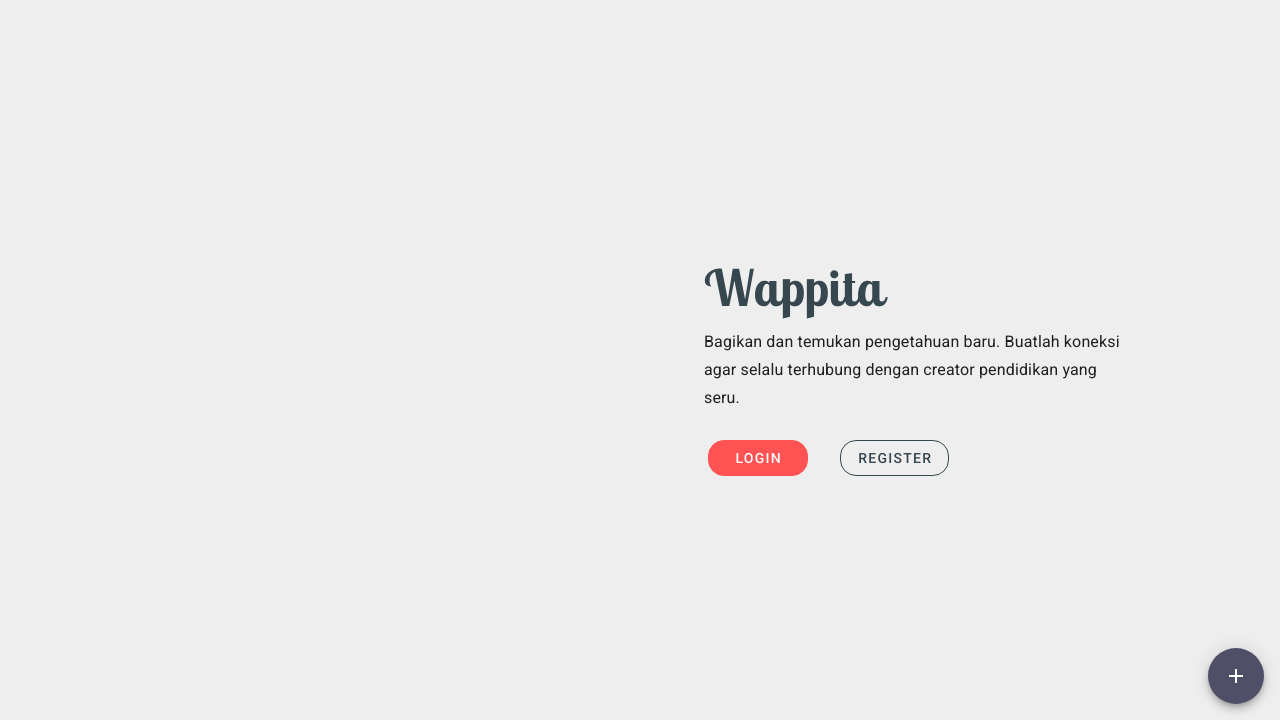
Repository: wildanpurnomo/kulia-fe
Page: /
The author's editor kept a copy of each file at every save. The page is drawn from the files as they stood at one save, then again after a run of saves.
The browser window is 1280 px wide. The pictures show the whole page.
The page's requests for data from a server got no answer. The project was rebuilt for these pictures with package versions that can differ from the ones it lists, and the page was loaded fresh each time. No one was signed in, and anything a server would have sent is missing. Also part of the build but not shown: vue.config.js. Imported but missing from the stored project, and not drawn on this page: src/views/partials/main/MyProfile.vue.

Above is the page before, as saved 2020-11-27 22:51:45.

### src/router/index.js
import Vue from 'vue'
import VueRouter from 'vue-router'
import { landingRouter } from './landing.router'
import { authRouter } from './auth.router'
import { mainRouter } from './main.router'
import { fallbackRouter } from './404.router'

Vue.use(VueRouter)

const routes = [
  landingRouter,
  authRouter,
  mainRouter,
  fallbackRouter
]

const router = new VueRouter({
  mode: 'history',
  base: process.env.BASE_URL,
  routes
})

export default router

### src/store/index.js
import Vue from 'vue'
import Vuex from 'vuex'
import { auth } from './auth.store'
import { content } from './content.store'

Vue.use(Vuex)

export default new Vuex.Store({
  modules: {
    auth,
    content,
  }
})

### src/router/landing.router.js
export const landingRouter = {
    path: '/',
    name: 'Landing',
    component: () => import('@/views/Landing.vue')
}

### src/router/auth.router.js
export const authRouter = {
    path: '',
    component: () => import('@/views/Auth.vue'),
    children: [
        {
            path: '/login',
            name: 'Login',
            component: () => import('@/views/partials/auth/Login.vue')
        },
        {
            path: '/register',
            name: 'Register',
            component: () => import('@/views/partials/auth/Register.vue')
        }
    ]
}

### src/router/main.router.js
export const mainRouter = {
    path: '',
    component: () => import('@/views/Main.vue'),
    children:[
        {
            path: '/home',
            name: 'Home',
            component: () => import('@/views/partials/main/Home.vue')
        },
        {
            path:'/my-content',
            name: 'MyContent',
            component: () => import('@/views/partials/main/MyContent.vue')
        },
        {
            path:'/add-content',
            name: 'AddContent',
            component: () => import('@/views/partials/main/AddContent.vue')
        },
        {
            path:'/edit-content/:contentId',
            name: 'EditContent',
            component: () => import('@/views/partials/main/AddContent.vue')
        },
        {
            path:'/my-profile',
            name: 'MyProfile',
            component: () => import('@/views/partials/main/MyProfile.vue')
        },
        {
            path:'/my-following',
            name: 'MyFollowing',
            component: () => import('@/views/partials/main/MyFollowing.vue')
        }
    ]
}

### src/router/404.router.js
export const fallbackRouter = {
    path: '*',
    name: 'Fallback',
    component: () => import('@/views/404.vue')
}

### src/store/auth.store.js
import AuthService from '@/services/auth.service';
import UserModel from '@/models/user.model';

const initialAuthState = { userData: new UserModel() };

export const auth = {
    namespaced: true,
    state: initialAuthState,
    actions: {
        login({ commit }, userData) {
            return AuthService.login(userData)
                .then(
                    response => {
                        commit('authSuccess', response.data.data);
                        return Promise.resolve(response);
                    },
                    error => {
                        return Promise.reject(error);
                    }
                )
        },
        register({ commit }, userData) {
            return AuthService.register(userData)
                .then(
                    response => {
                        commit('authSuccess', response.data.data);
                        return Promise.resolve(response);
                    },
                    error => {
                        return Promise.reject(error);
                    }
                )
        },
        logout({ commit }) {
            return AuthService.logout()
                .then(
                    response => {
                        commit('logoutSuccess');
                        return Promise.resolve(response);
                    },
                    error => {
                        return Promise.reject(error);
                    }
                );
        },
        authenticate({ commit }) {
            return AuthService.authenticate()
                .then(
                    response => {
                        commit('authSuccess', response.data.data);
                        return Promise.resolve(response);
                    },
                    error => { return Promise.reject(error); }
                )
        },
    },
    mutations: {
        authSuccess(state, userData) {
            state.userData = userData;
        },
        logoutSuccess(state) {
            state.userData = initialAuthState.userData;
        },
    },
    getters: {
        userData: (state) => {
            return state.userData;
        }
    }
}

### src/store/content.store.js
import ContentService from '@/services/content.service';
import ContentModel from '@/models/content.model';

const initialContentState = {
    personalContentList: [],
    detailContent: new ContentModel()
};

export const content = {
    namespaced: true,
    state: initialContentState,
    actions: {
        getContentById({ commit }, contentId) {
            return ContentService.getContentById(contentId)
                .then(
                    response => {
                        commit('updateDetailContent', response.data.data);
                        return Promise.resolve(response);
                    },
                    error => {
                        return Promise.reject(error);
                    }
                )
        },
        getPersonalContent({ commit }) {
            return ContentService.getPersonalContent()
                .then(
                    response => {
                        commit('updatePersonalContentList', response.data.data);
                        return Promise.resolve(response);
                    },
                    error => {
                        return Promise.reject(error);
                    }
                );
        },
        getContentByCreatorId({ commit }, creatorId) {
            return ContentService.getContentByCreatorId(creatorId)
                .then(
                    response => {
                        commit('doNothing');
                        return Promise.resolve(response);
                    },
                    error => {
                        return Promise.reject(error);
                    }
                );
        },
        createContent({ commit }, contentData) {
            return ContentService.createContent(contentData)
                .then(
                    response => {
                        commit('updatePersonalContentList', response.data.data);
                        return Promise.resolve(response);
                    },
                    error => {
                        return Promise.reject(error);
                    }
                );
        },
        editContent({ commit }, contentData) {
            return ContentService.editContent(contentData)
                .then(
                    response => {
                        commit('updatePersonalContentList', response.data.data);
                        return Promise.resolve(response);
                    },
                    error => {
                        return Promise.reject(error);
                    }
                );
        },
        deleteContent({ commit }, contentId) {
            return ContentService.deleteContent(contentId)
                .then(
                    response => {
                        commit('updatePersonalContentList', response.data.data);
                        return Promise.resolve(response);
                    },
                    error => {
                        return Promise.reject(error);
                    }
                );
        },
        resetState({ commit }) {
            commit('resetState');
        }
    },
    mutations: {
        updateDetailContent(state, contentData) {
            state.detailContent = contentData;
        },
        updatePersonalContentList(state, contentList) {
            state.personalContentList = contentList;
        },
        resetState(state) {
            state.personalContentList = [],
            state.detailContent = new ContentModel()
        },
        doNothing() { }
    },
    getters: {
        personalContentList: (state) => {
            return state.personalContentList;
        },
        detailContent: (state) => {
            return state.detailContent;
        }
    }
}

### src/views/Landing.vue
<template>
<v-main class="grey lighten-3">
  <v-container fill-height>
    <v-row align="center">
      <v-col cols="6">
        <v-img src="../assets/image.png"></v-img>
      </v-col>
      <v-spacer></v-spacer>
      <v-col cols="6" class="pa-15">
        <v-card-title class="font blue-grey--text text--darken-3">
          Wappita
        </v-card-title>
        <v-card-text class="pt-2 text-subtitle-1" width="100">
          Bagikan dan temukan pengetahuan baru. Buatlah koneksi agar selalu terhubung dengan creator pendidikan yang seru.
        </v-card-text>
        <v-row class="pl-8 pt-6">
          <div class="mr-8">
            <v-btn
              class="white--text red accent-2 rounded-xl"
              outlined
              :to="{ name: 'Login' }"
              width="100"
            >Login</v-btn>
          </div>
          <div>
            <v-btn
              class="blue-grey--text text--darken-3 rounded-xl"
              outlined
              :to="{ name: 'Register' }"
            >Register</v-btn>
          </div>
        </v-row>
      </v-col>
    </v-row>

   <div><AddContent /></div>
  </v-container>
</v-main>
</template>

<script>
import AddContent from "@/components/AddContent.vue";

export default {
  name: "Landing",
  components: {
    AddContent,
  },

  data: () => ({
    //
  }),
};
</script>
<style>
@import url('https://fonts.googleapis.com/css2?family=Lobster+Two:wght@700&display=swap');
.font{
  font-family: Lobster Two;
  font-size: 50px;
}
</style>

### src/services/auth.service.js
import BaseService from './base.service';

class AuthService extends BaseService {
    constructor() {
        super();
    }

    login(userData) {
        return this.sendAPIRequest('/auth/login', 'POST', userData);
    }

    register(userData) {
        return this.sendAPIRequest('/auth/register', 'POST', userData);
    }

    logout() {
        return this.sendAPIRequest('/auth/logout', 'POST');
    }

    authenticate() {
        return this.sendAPIRequest('/auth/authenticate', 'GET');
    }
}

export default new AuthService();

### src/models/user.model.js
export default class User {
    constructor() {
        this.username = '';
        this.password = '';
        this.passwordConfirmation = '';
        this.email = '';
    }
}

### src/services/content.service.js
import BaseService from './base.service';

class ContentService extends BaseService {
    constructor() {
        super();
    }

    getContentById(contentId) {
        return this.sendAPIRequest(`/content/${contentId}`, 'GET');
    }

    getPersonalContent() {
        return this.sendAPIRequest('/content/personal/me', 'GET');
    }

    getContentByCreatorId(creatorId) {
        return this.sendAPIRequest(`/content/by_creator/${creatorId}`, 'GET');
    }

    createContent(contentData) {
        return this.sendAPIRequest('/content', 'POST', contentData);
    }

    editContent(contentData) {
        return this.sendAPIRequest(`/content/edit/${contentData._id}`, 'PUT', contentData);
    }

    deleteContent(contentId) {
        return this.sendAPIRequest(`/content/delete/${contentId}`, 'DELETE');
    }
}

export default new ContentService();

### src/models/content.model.js
export default class ContentModel {
    constructor(title = '', description = '') {
        this.title = title;
        this.description = description;
    }
}

### src/components/AddContent.vue
<template>
<v-container>
  <v-fab-transition>
    <v-btn
      fab
      medium
      dark
      bottom
      right
      fixed
      :color="colorTheme"
      :to="{ name: 'Login' }"
    >
      <v-icon>mdi-plus</v-icon>
    </v-btn>
  </v-fab-transition>
</v-container>
</template>

<script>

export default {
    name: "Content",
    data: () => ({
       colorTheme: "#4F4F68"
    })
}
</script>

### src/services/base.service.js
import axios from 'axios';

export default class BaseService {
    constructor() {
        this.baseUrl = process.env.VUE_APP_API_BASE_URL;
        //this.baseUrl = 'http://localhost:3000/api';
    }

    sendAPIRequest(endpoint, method = 'GET', requestBody = null) {
        requestBody = requestBody === null ? {} : requestBody;
        let result;
        if (method === 'GET') {
            result = axios.get(`${this.baseUrl}${endpoint}`, { params: requestBody });
        } else if (method === 'POST') {
            result = axios.post(`${this.baseUrl}${endpoint}`, requestBody);
        } else if (method === 'PUT') {
            result = axios.put(`${this.baseUrl}${endpoint}`, requestBody);
        } else if (method === 'DELETE') {
            result = axios.delete(`${this.baseUrl}${endpoint}`, requestBody);
        }
        return result
            .then(
                response => {
                    this.logResponseIfDebug(endpoint, response.data);
                    return response;
                }
            );
    }

    logResponseIfDebug(endpoint, responseData) {
        if (process.env.NODE_ENV === 'development') {
            console.log(`Response from ${endpoint}`, responseData);
        }
    }
}

Loaded but not shown: public/index.html (common file); src/main.js (common file); src/App.vue (common file); src/registerServiceWorker.js (common file); src/plugins/vuetify.js (common file)

After the next 2 saves:
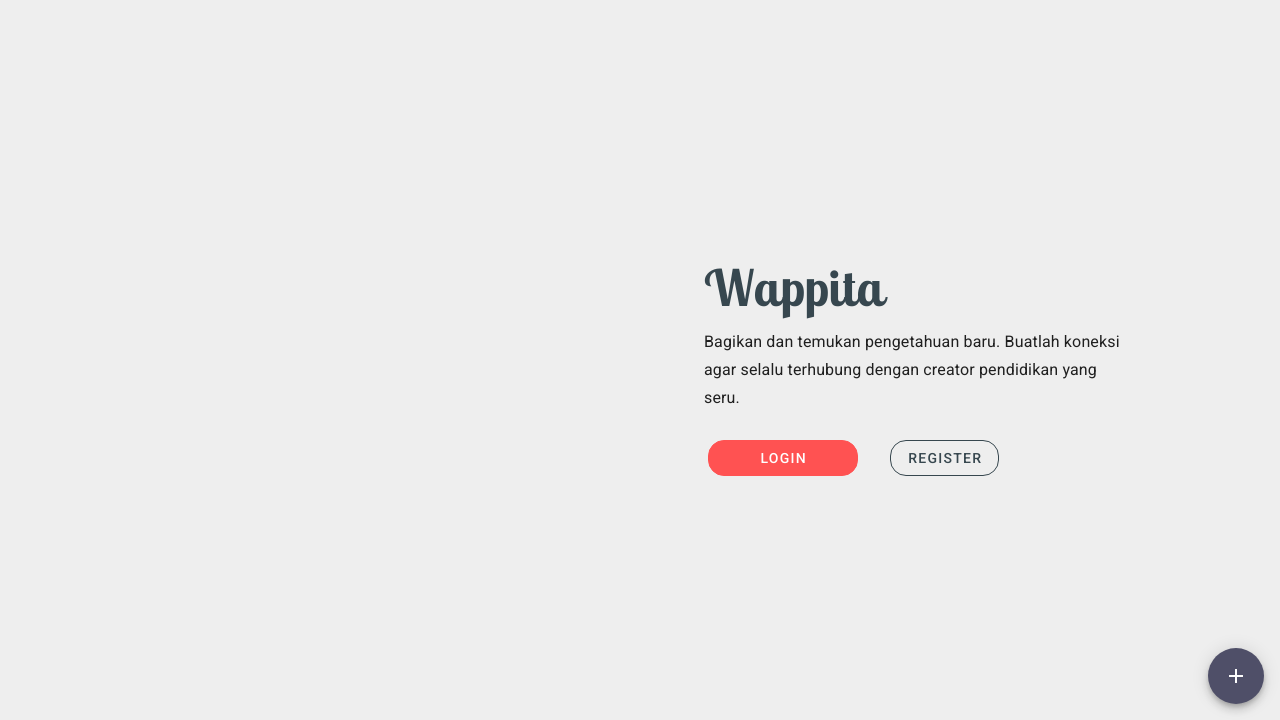
The 2 saves are shown as one change because they came seconds apart.
The last was saved 36 s later.
--- a/src/views/Landing.vue
+++ b/src/views/Landing.vue
@@ -19,7 +19,7 @@
               class="white--text red accent-2 rounded-xl"
               outlined
               :to="{ name: 'Login' }"
-              width="100"
+              width="150"
             >Login</v-btn>
           </div>
           <div>

After the save that followed:
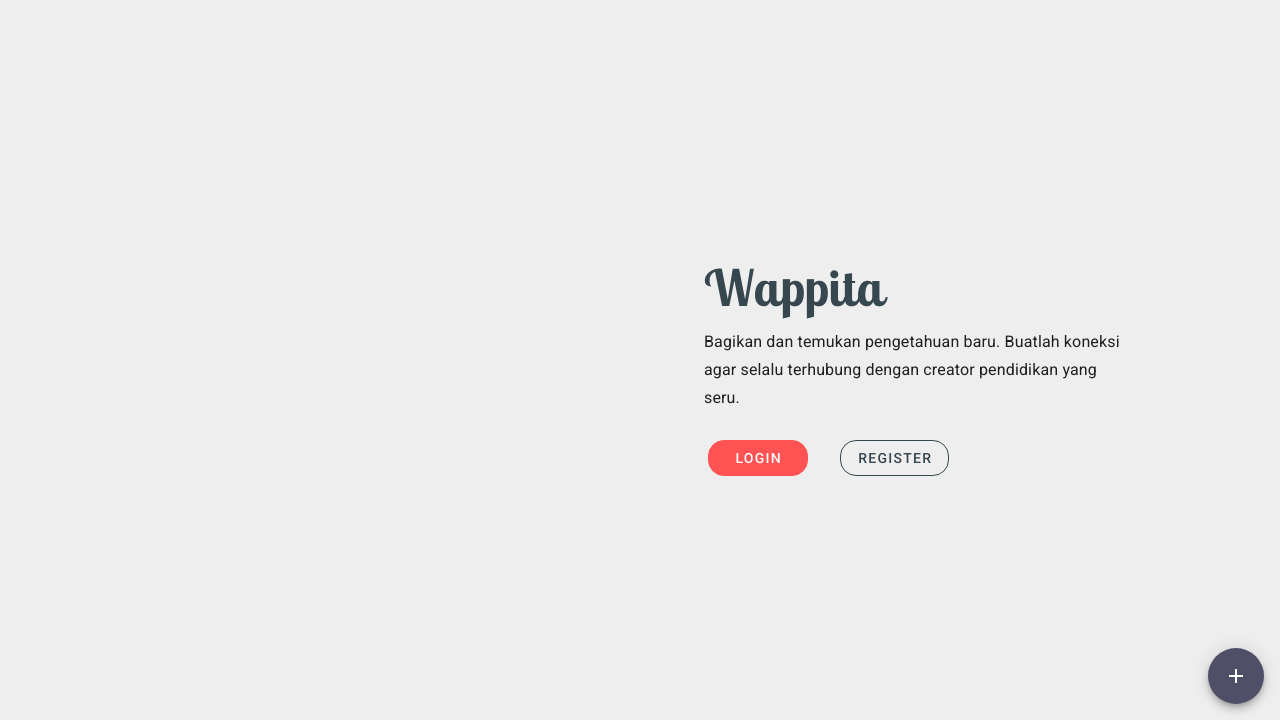
Saved 59 s later.
--- a/src/views/Landing.vue
+++ b/src/views/Landing.vue
@@ -19,7 +19,7 @@
               class="white--text red accent-2 rounded-xl"
               outlined
               :to="{ name: 'Login' }"
-              width="150"
+              width="100"
             >Login</v-btn>
           </div>
           <div>
